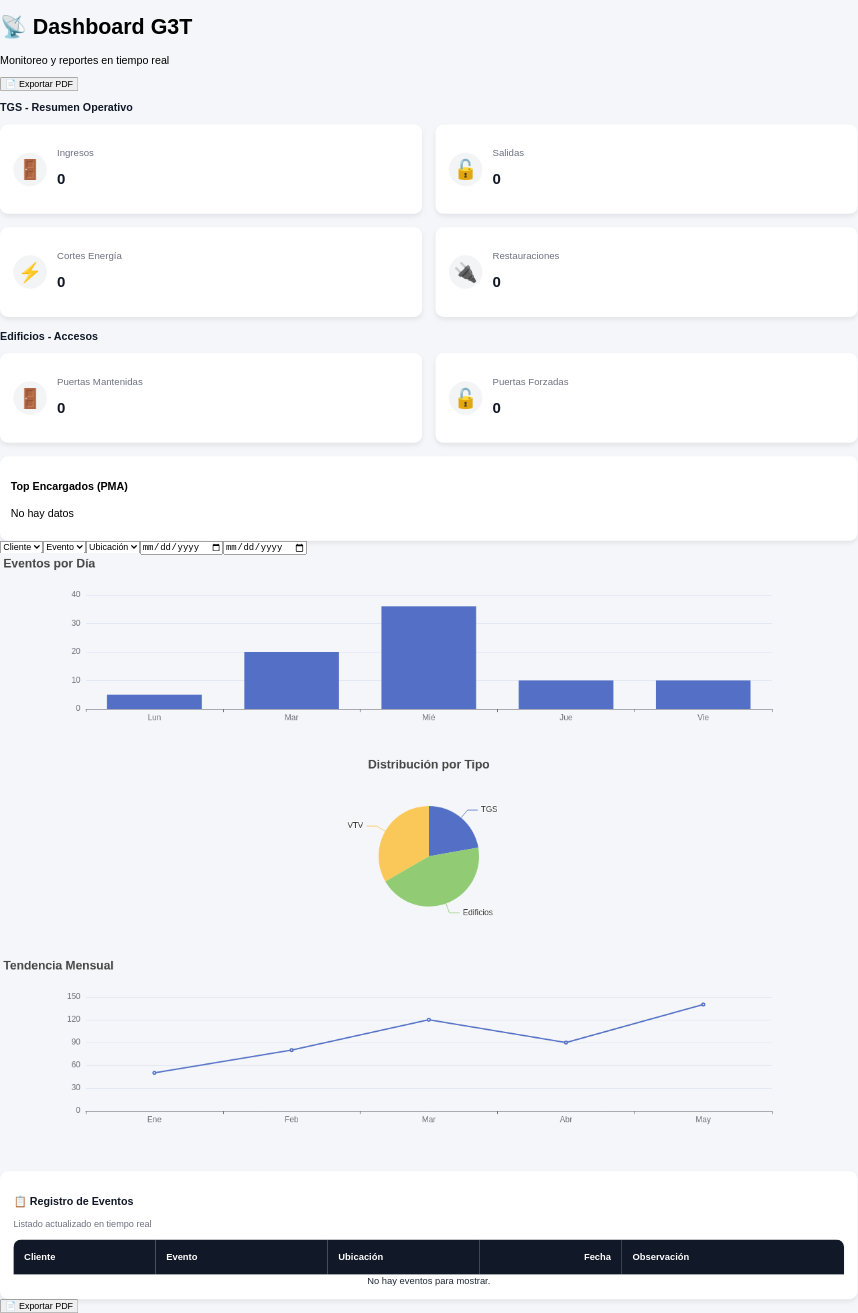
Repository: BBrian11/reportes
Page: /
The author's editor kept a copy of each file at every save. The page is drawn from the files as they stood at one save, then again after the next save.
The browser window is 1280 px wide. The pictures show the whole page, at 67% of full size.
The page's requests for data from a server got no answer. The project was rebuilt for these pictures with package versions that can differ from the ones it lists, and the page was loaded fresh each time. No one was signed in, and anything a server would have sent is missing. Also part of the build but not shown: vite.config.js, src/components/Dashboard/StatsCards.jsx, src/styles/form.css.

Above is the page before, as saved 2025-07-29 16:35:53.

After the next save:
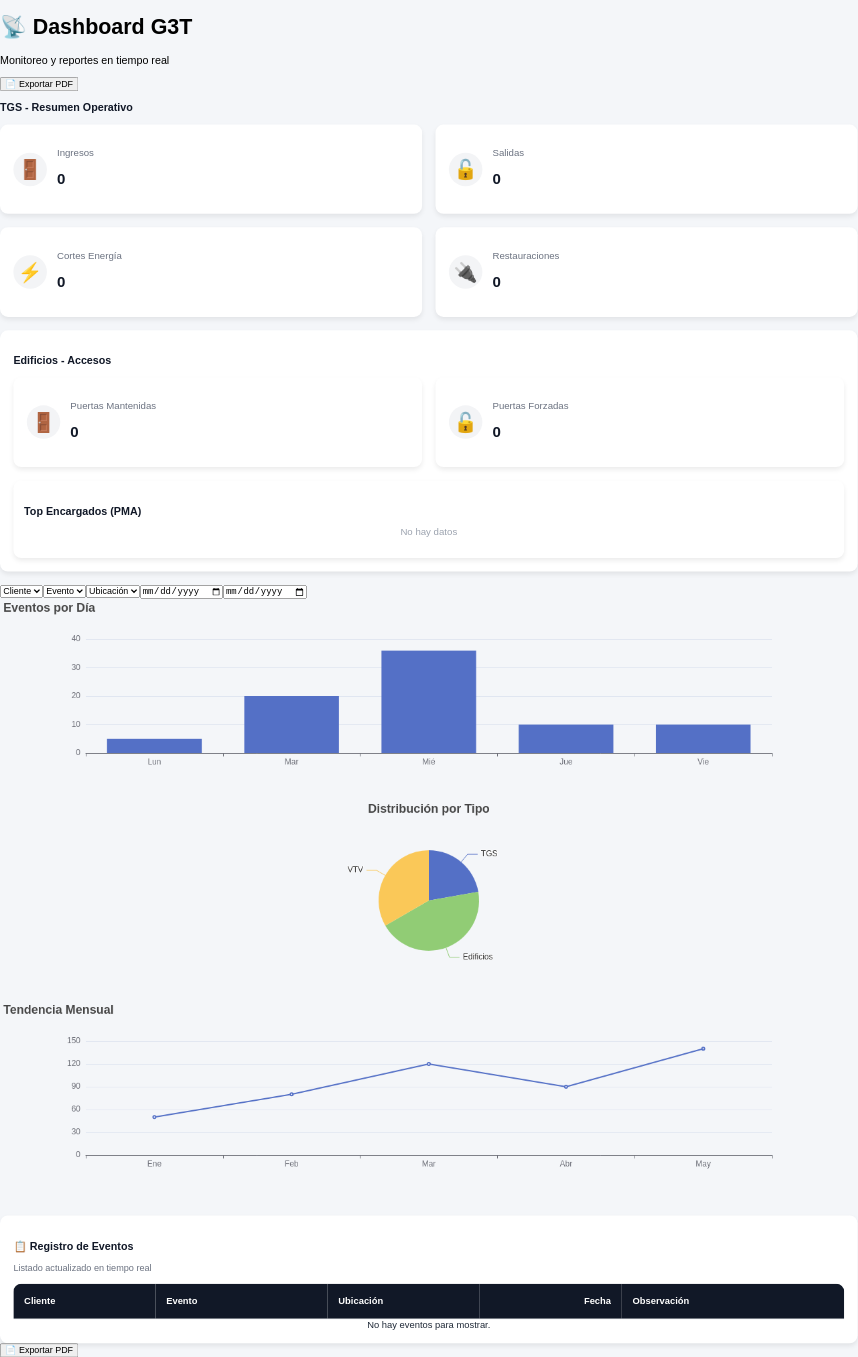
Saved 20 s later.
--- a/src/styles/edificiostats.css
+++ b/src/styles/edificiostats.css
@@ -1,77 +1,70 @@
-.section-title {
-    font-size: 1rem;
-    font-weight: bold;
-    margin-bottom: 16px;
-    color: #111827;
+/* Card contenedor */
+.edificio-card {
+    background: #fff;
+    border-radius: 12px;
+    padding: 20px;
+    margin-bottom: 20px;
+    box-shadow: 0 4px 8px rgba(0,0,0,0.08);
   }
 
-  .stats-grid {
-    display: grid;
-    grid-template-columns: 1fr;
-    gap: 20px;
-  }
-
-  @media (min-width: 768px) {
-    .stats-grid {
-      grid-template-columns: repeat(2, 1fr);
-    }
-  }
-
-  .stats-card {
-    background: #fff;
-    padding: 20px;
-    border-radius: 12px;
-    box-shadow: 0 4px 8px rgba(0,0,0,0.08);
-    display: flex;
-    align-items: center;
-    gap: 15px;
-    transition: transform 0.2s ease, box-shadow 0.2s ease;
-  }
-
-  .stats-card:hover {
-    transform: translateY(-4px);
-    box-shadow: 0 8px 16px rgba(0,0,0,0.12);
-  }
-
-  .stats-icon {
-    font-size: 1.8rem;
-    background: #f3f4f6;
-    border-radius: 50%;
-    width: 50px;
-    height: 50px;
-    display: flex;
-    align-items: center;
-    justify-content: center;
-  }
-
-  .stats-title {
-    font-size: 0.9rem;
-    color: #6b7280;
-    font-weight: 500;
-  }
-
-  .stats-value {
-    font-size: 1.4rem;
-    font-weight: bold;
-    color: #111827;
-  }
-
+  /* Ranking Card */
   .ranking-card {
     margin-top: 20px;
     background: #fff;
+    border-radius: 12px;
     padding: 16px;
-    border-radius: 12px;
     box-shadow: 0 4px 8px rgba(0,0,0,0.08);
+    max-height: 250px;
+    overflow-y: auto;
   }
 
-  .ranking-card ul {
+  .ranking-title {
+    font-size: 1rem;
+    font-weight: 600;
+    color: #111827;
+    margin-bottom: 12px;
+  }
+
+  /* Lista */
+  .ranking-list {
     list-style: none;
     padding: 0;
+    margin: 0;
   }
 
-  .ranking-card li {
+  /* Ítems */
+  .ranking-item {
     display: flex;
     justify-content: space-between;
-    padding: 6px 0;
+    align-items: center;
+    padding: 10px 12px;
+    background: #f9fafb;
+    border-radius: 8px;
+    margin-bottom: 8px;
+    font-size: 0.95rem;
+    font-weight: 500;
+    color: #374151;
+    transition: background 0.2s ease;
+  }
+
+  .ranking-item:hover {
+    background: #f3f4f6;
+  }
+
+  .ranking-name {
+    max-width: 70%;
+    white-space: nowrap;
+    overflow: hidden;
+    text-overflow: ellipsis;
+  }
+
+  .ranking-count {
+    font-weight: bold;
+    color: #2563eb;
+  }
+
+  .ranking-empty {
+    text-align: center;
+    color: #9ca3af;
     font-size: 0.9rem;
   }
